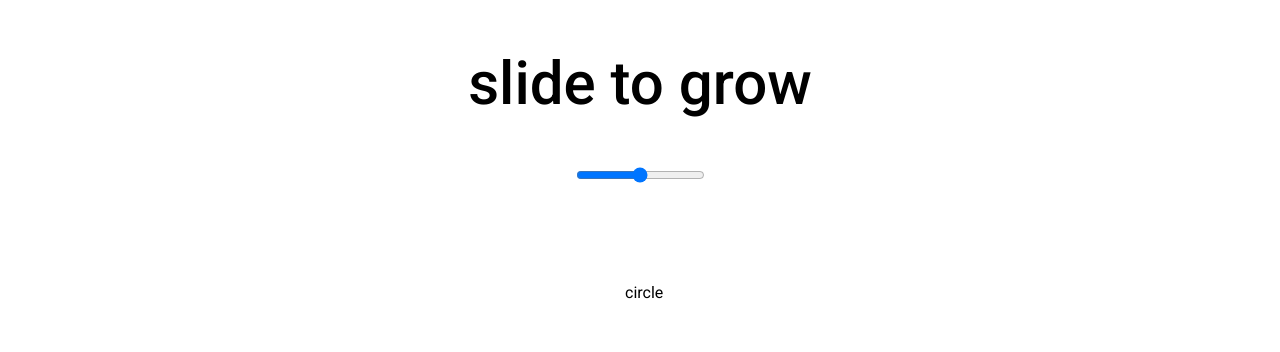
Repository: dydals3440/react-mini-projects
Page: /
An editor plug-in stored every save of this project. The page is shown before and after the next save, followed by the edit.
The browser window is 1280 px wide. The pictures show the whole page.
The project was rebuilt for these pictures with package versions that can differ from the ones it lists, and the page was loaded fresh each time.

Above is the page before, as saved 2023-10-02 23:14:45.

After the next save:
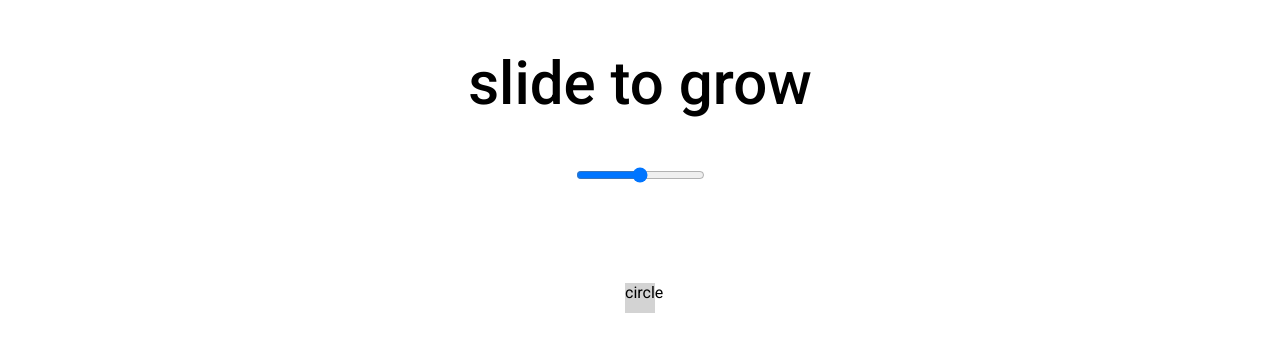
Saved 12 s later.
--- a/src/projects/09-slider/SliderComponent.jsx
+++ b/src/projects/09-slider/SliderComponent.jsx
@@ -4,7 +4,14 @@ export default function SliderComponent() {
   return (
     <div className='container d-flex flex-column' style={{ gap: 100 }}>
       <input type='range' min='0' max={100} />
-      <div style={{ color: 'black', height: `30px`, width: `30px` }}>
+      <div
+        style={{
+          color: 'black',
+          background: 'lightgray',
+          height: `30px`,
+          width: `30px`,
+        }}
+      >
         <span>circle</span>
       </div>
     </div>
